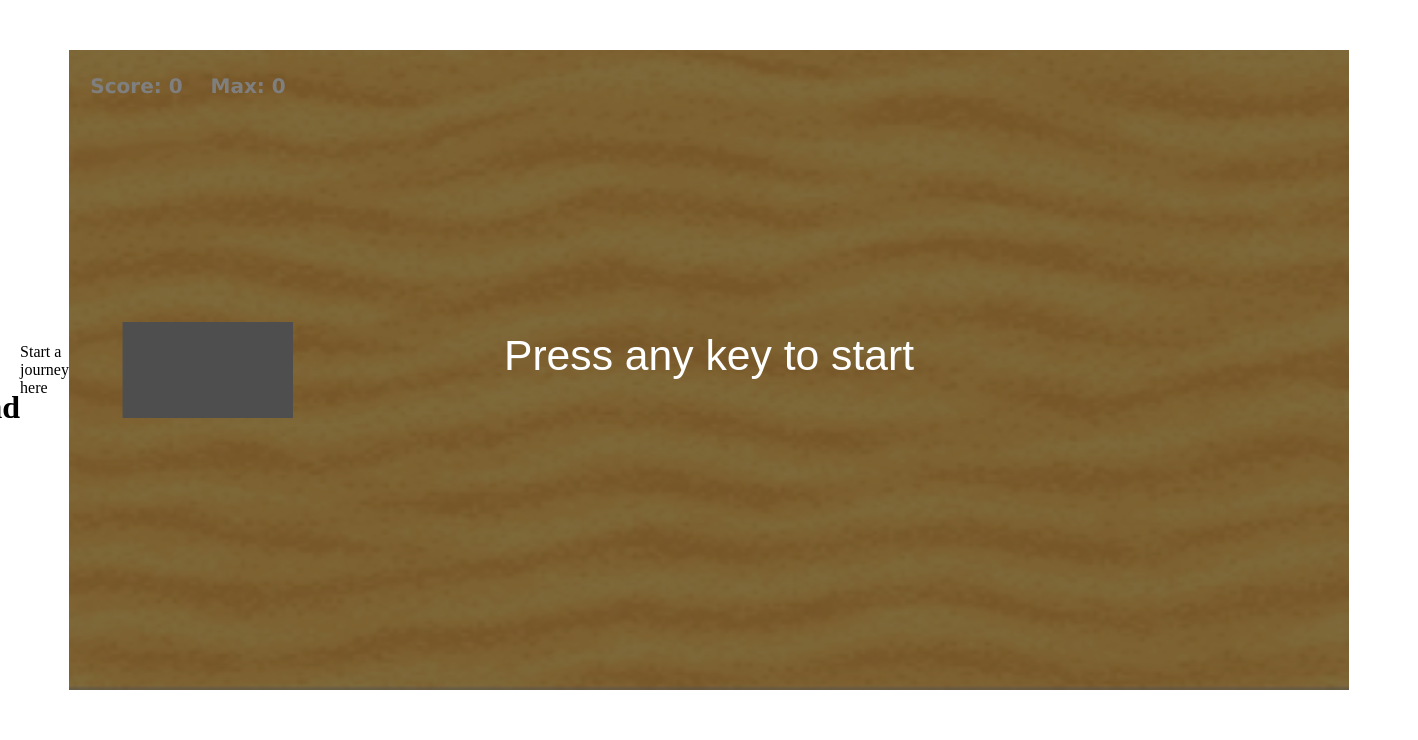
Repository: btgoo/game
Page: car.html
These files come from the project's save history. The page is drawn as it stood at one moment and after the next save; the edit follows.
The browser window is 1280 px wide. The page is 1349 px wide, then 1418 px, then 1349 px, so the pictures cover 1418 px, including what lies to the right of the window. The pictures show the whole page.

Above is the page before, as saved 2025-10-26 02:39:39.

After the next save:
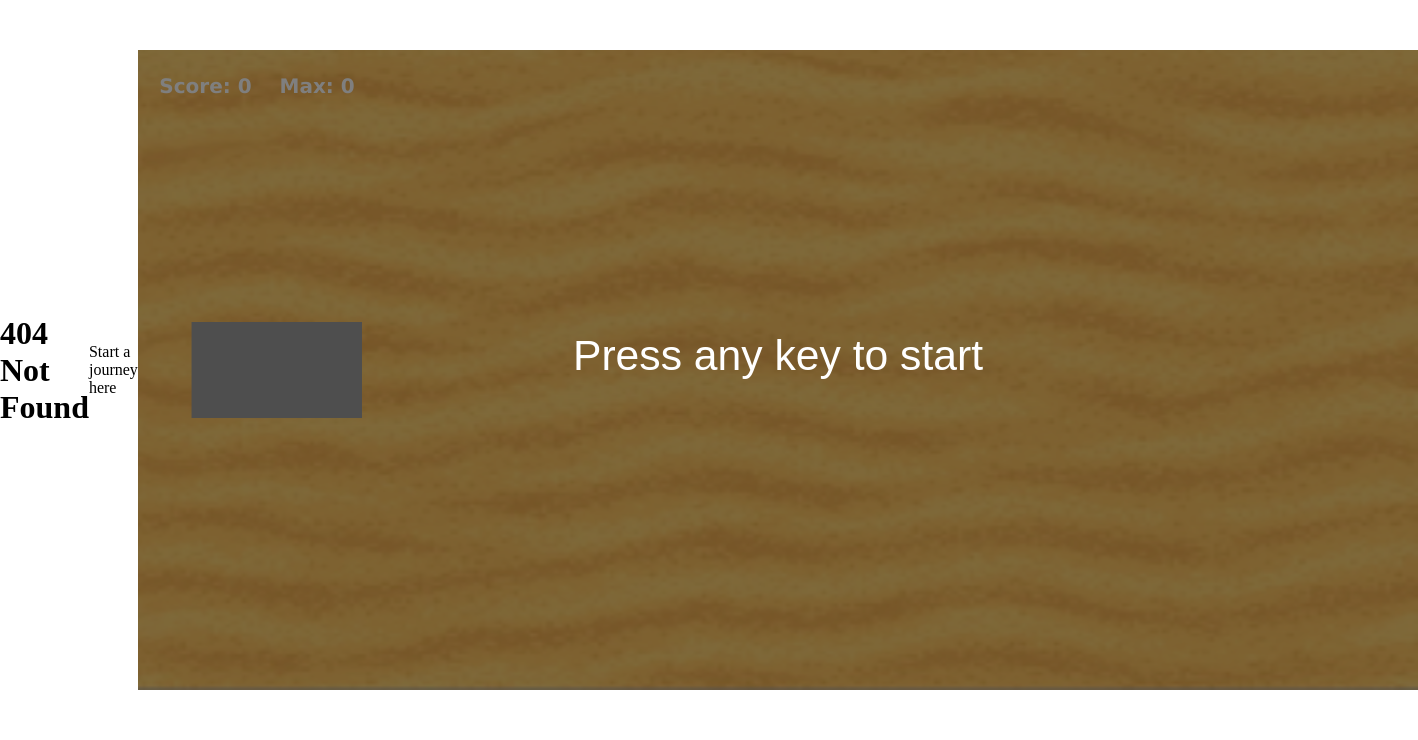
Saved 24 s later.
--- a/car_style.css
+++ b/car_style.css
@@ -7,7 +7,7 @@
 body{
     display:flex;
     align-items: center;
-    justify-content: center;
+    justify-content: column;
     height: 100vh;
 
     user-select: none;

After the 3 saves that followed:
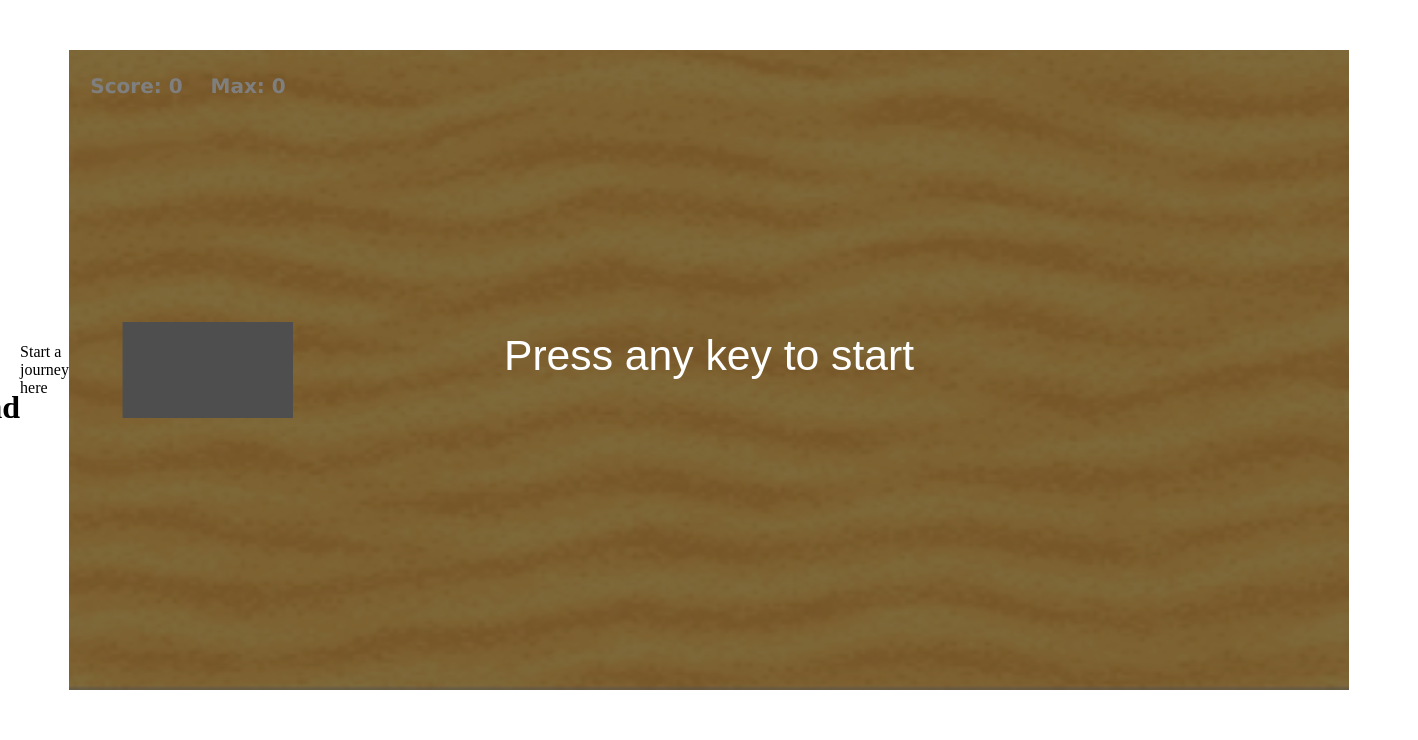
The 3 saves are shown as one change because 2 left the picture as it was.
The last was saved 99 s later.
--- a/car_style.css
+++ b/car_style.css
@@ -7,7 +7,7 @@
 body{
     display:flex;
     align-items: center;
-    justify-content: column;
+    justify-content: center;
     height: 100vh;
 
     user-select: none;
